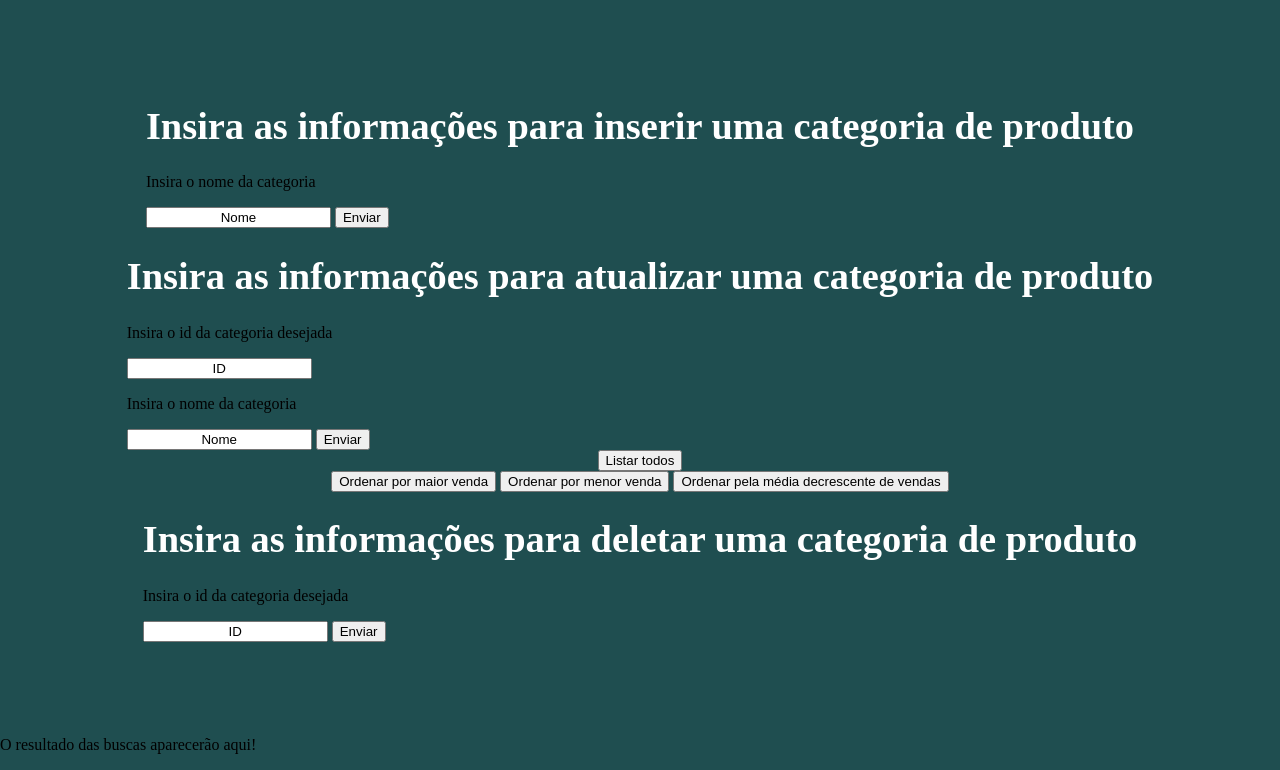
Repository: Matheus-Lacerda009/ERP-Financeiro
Page: Front/categoria_item/categoria_item.html
An editor plug-in stored every save of this project. The page is shown before and after the next save, followed by the edit.
The browser window is 1280 px wide. The pictures show the whole page.

Above is the page before, as saved 2026-07-13 18:50:28.

### Front/categoria_item/categoria_item.html
<!DOCTYPE html>
<html lang="en">
<head>
    <meta charset="UTF-8">
    <meta name="viewport" content="width=device-width, initial-scale=1.0">
    <link rel="stylesheet" href="categoria_item.css">
    <title>Document</title>
</head>
<body>
    <main>
        <div class="container">
            <div id="post" class="dados">
                <form id="formPost">
                    <h1>Insira as informações para inserir uma categoria de produto</h1>
                    <p>Insira o nome da categoria</p>
                    <input placeholder="Nome" id="nomePost">
                    <button type="submit">Enviar</button>
                </form>
            </div>
            <div id="put" class="dados">
                <form id="formPut">
                    <h1>Insira as informações para atualizar uma categoria de produto</h1>
                    <p>Insira o id da categoria desejada</p>
                    <input placeholder="ID" id="idPut">
                    <p>Insira o nome da categoria</p>
                    <input placeholder="Nome" id="nomePut">
                    <button type="submit">Enviar</button>
                </form>
            </div>
            <div id="get" class="dados">
                <button id="getTodos">Listar todos</button>
            </div>
            <div id="getId" class="dados">
                <button id="maiorVenda">Ordenar por maior venda</button>
                <button id="menorVenda">Ordenar por menor venda</button>
                <button id="mediaVenda">Ordenar pela média decrescente de vendas</button>
            </div>
            <div id="delete" class="dados">
                <form  id="formDelete">
                    <h1>Insira as informações para deletar uma categoria de produto</h1>
                    <p>Insira o id da categoria desejada</p>
                    <input placeholder="ID" id="idDelete">
                    <button type="submit">Enviar</button>
                </form>
            </div>
        </div>
        <div id="resultados">
            <p id="resultadoBusca">O resultado das buscas aparecerão aqui!</p>
        </div>
    </main>
</body>
<script src="categoria_item.js"></script>
</html>

### Front/categoria_item/categoria_item.css
header{
    position: fixed;
    top: 0;
    left: 0;
    width: 100%;
    height: 20%;
    background-color: #12263A;
    text-align: center;
    align-content: center;
}

footer{
    position: fixed;
    bottom: 0;
    left: 0;
    width: 100%;
    height: 20%;
    background-color: #12263A;
    text-align: center;
    align-content: center;
}

footer, a{
    color: white;
    font-size: 200%;
}

h1{
    font-size: 300%;
    color: white;
    font-size: 3vw;
}

header, h2{
    color: white;
    font-size: 1.5vw;
}

body{
    margin: 0;
    padding: 0;
    background-color: #1f4e50;
}

.container{
    display: flex;
    justify-content: center;
    align-items: center;
    height: 100vh;
    flex-direction: column;
}

#divLogin{
    top: 50%;
    left: 50%;
    width: 15%;
    height: 35%;
    justify-content: center;
    align-content: center;
    text-align: center;
    background-color: #12263A;
    border: 3px outset white;
    border-radius: 15%;
}

#botaoEnvio{
    width: 5vw;
    height: 3vh;
    transition: .5s;
    background-color: #C5D8D1;
    border: 3px solid white;
    border-radius: 12%;
    color: black;
    font-size: .75vw;
}

input::placeholder{
    text-align: center;
    color: black;
    transition: .5s;
}

input:hover::placeholder{
    color: white;
}

#inputNome, #inputSenha{
    margin-bottom: 10%;
    height: 3vh;
    width: 7vw;
    transition: .5s;
    background-color: #C5D8D1;
    border: 3px solid white;
    color: black;
}

#botaoEnvio:hover{
    background-color: #2f7a7c;
    height: 4vh;
    width: 6vw;
    color: white;
}

#inputNome:hover, #inputSenha:hover{
    background-color: #2f7a7c;
    color: white;
}

#formLogin, label{
    color: white;
    font-size: 1vw;
}

#login{
    color: white;
}

### Front/categoria_item/categoria_item.js
document.getElementById("formPost").addEventListener("submit", async (event) => {
    event.preventDefault();
    try{
        const obj = {"nome" : document.getElementById("nomePost").value};
        const resposta = await fetch("http://localhost:8085/categoria_item", {
            method : "POST",
            headers : {"Content-Type" : "application/json"},
            body : JSON.stringify(obj)
        });
        const retorno = await resposta.json();
    } catch (error) {
        console.log(error);
    }
});


document.getElementById("getTodos").addEventListener("click", async (event) => {
    event.preventDefault();
    const resultado = document.getElementById("resultadoBusca");
    try{
        const resposta = await fetch("http://localhost:8085/categoria_item", {
            method : "GET"
        });
        const retorno = await resposta.json();
        let res = "";
        for(let i = 0; i < retorno.length; i++){
            res += `<p>> Id: ${retorno[i].id_categoria_item} | Nome: ${retorno[i].nome}<p><br>`;
        }
        resultado.innerHTML = res;
    } catch (error) {
        console.log(error);
    }
});

document.getElementById("maiorVenda").addEventListener("click", async (event) => {
    event.preventDefault();
    const resultado = document.getElementById("resultadoBusca");
    try{
        const resposta = await fetch("http://localhost:8085/categoria_item/maiorVenda", {
            method : "GET"
        });
        const retorno = await resposta.json();
        let res = "";
        let nomes = retorno["NomeCategoria"];
        let vendas = retorno["VendaCategoria"];
        for(let i = 0; i < nomes.length; i++){
            res += `<p>> Nome da categoria: ${nomes[i]} | Valor de venda: ${vendas[i]}<p><br>`;
        }
        resultado.innerHTML = res;
    } catch (error) {
        console.log(error);
    }
});

document.getElementById("menorVenda").addEventListener("click", async (event) => {
    event.preventDefault();
    const resultado = document.getElementById("resultadoBusca");
    try{
        const resposta = await fetch("http://localhost:8085/categoria_item/menorVenda", {
            method : "GET"
        });
        const retorno = await resposta.json();
        let res = "";
        let nomes = retorno["NomeCategoria"];
        let vendas = retorno["VendaCategoria"];
        for(let i = 0; i < nomes.length; i++){
            res += `<p>> Nome da categoria: ${nomes[i]} | Valor de venda: ${vendas[i]}<p><br>`;
        }
        resultado.innerHTML = res;
    } catch (error) {
        console.log(error);
    }
});

document.getElementById("mediaVenda").addEventListener("click", async (event) => {
    event.preventDefault();
    const resultado = document.getElementById("resultadoBusca");
    try{
        const resposta = await fetch("http://localhost:8085/categoria_item/mediaVenda", {
            method : "GET"
        });
        const retorno = await resposta.json();
        let res = "";
        let nomes = retorno["NomeCategoria"];
        let vendas = retorno["VendaCategoria"];
        for(let i = 0; i < nomes.length; i++){
            res += `<p>> Nome da categoria: ${nomes[i]} | Valor médio de venda: ${vendas[i]}<p><br>`;
        }
        resultado.innerHTML = res;
    } catch (error) {
        console.log(error);
    }
});

document.getElementById("formPut").addEventListener("submit", async (event) => {
    event.preventDefault();
    try{
        const id = document.getElementById("idPut").value;
        const obj = {"nome" : document.getElementById("nomePut").value};
        const resposta = await fetch(`http://localhost:8085/categoria_item/${id}`, {
            method : "PUT",
            headers : {"Content-Type" : "application/json"},
            body : JSON.stringify(obj)
        });
        const retorno = await resposta.json();
    } catch (error) {
        console.log(error);
    }
});

document.getElementById("formDelete").addEventListener("submit", async (event) => {
    event.preventDefault();
    try{
        const id = document.getElementById("idDelete").value;
        const resposta = await fetch(`http://localhost:8085/categoria_item/${id}`, {
            method : "DELETE"
        });
    } catch (error) {
        console.log(error);
    }
});

After the next save:
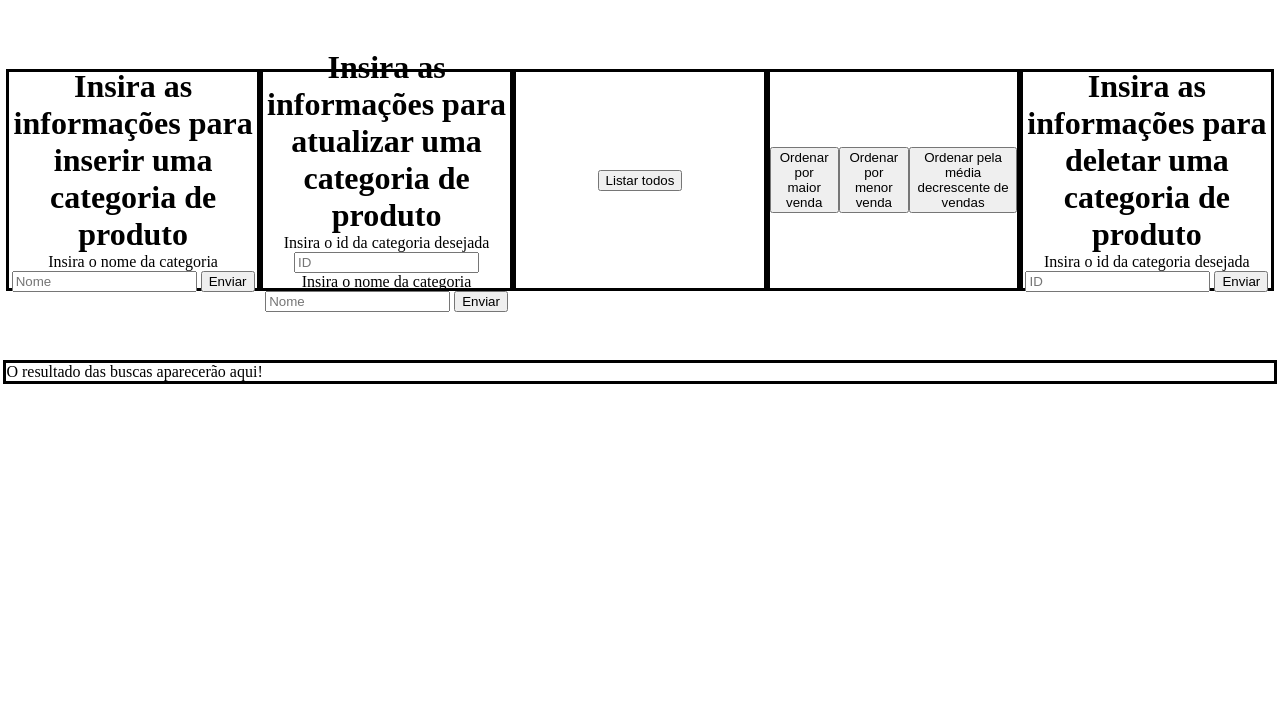
Saved 4 s later.
--- a/Front/categoria_item/categoria_item.css
+++ b/Front/categoria_item/categoria_item.css
@@ -1,116 +1,29 @@
-header{
-    position: fixed;
-    top: 0;
-    left: 0;
-    width: 100%;
-    height: 20%;
-    background-color: #12263A;
-    text-align: center;
-    align-content: center;
-}
-
-footer{
-    position: fixed;
-    bottom: 0;
-    left: 0;
-    width: 100%;
-    height: 20%;
-    background-color: #12263A;
-    text-align: center;
-    align-content: center;
-}
-
-footer, a{
-    color: white;
-    font-size: 200%;
-}
-
-h1{
-    font-size: 300%;
-    color: white;
-    font-size: 3vw;
-}
-
-header, h2{
-    color: white;
-    font-size: 1.5vw;
-}
-
-body{
+* {
     margin: 0;
-    padding: 0;
-    background-color: #1f4e50;
+    align-items: center;
 }
 
 .container{
     display: flex;
+    height: 50vh;
+    width: 99vw;
     justify-content: center;
-    align-items: center;
-    height: 100vh;
-    flex-direction: column;
+    margin: auto;
 }
 
-#divLogin{
-    top: 50%;
-    left: 50%;
-    width: 15%;
-    height: 35%;
+.dados{
+    width: 70vw;
+    height: 30vh;
+    border: 3px solid black;
+    text-align: center;
     justify-content: center;
-    align-content: center;
-    text-align: center;
-    background-color: #12263A;
-    border: 3px outset white;
-    border-radius: 15%;
+    display: flex;
 }
 
-#botaoEnvio{
-    width: 5vw;
-    height: 3vh;
-    transition: .5s;
-    background-color: #C5D8D1;
-    border: 3px solid white;
-    border-radius: 12%;
-    color: black;
-    font-size: .75vw;
+#resultados{
+    margin-bottom: 100%;
+    width: 99%;
+    height: 45%;
+    border: 3px solid black;
+    margin: auto;
 }
-
-input::placeholder{
-    text-align: center;
-    color: black;
-    transition: .5s;
-}
-
-input:hover::placeholder{
-    color: white;
-}
-
-#inputNome, #inputSenha{
-    margin-bottom: 10%;
-    height: 3vh;
-    width: 7vw;
-    transition: .5s;
-    background-color: #C5D8D1;
-    border: 3px solid white;
-    color: black;
-}
-
-#botaoEnvio:hover{
-    background-color: #2f7a7c;
-    height: 4vh;
-    width: 6vw;
-    color: white;
-}
-
-#inputNome:hover, #inputSenha:hover{
-    background-color: #2f7a7c;
-    color: white;
-}
-
-#formLogin, label{
-    color: white;
-    font-size: 1vw;
-}
-
-#login{
-    color: white;
-}
